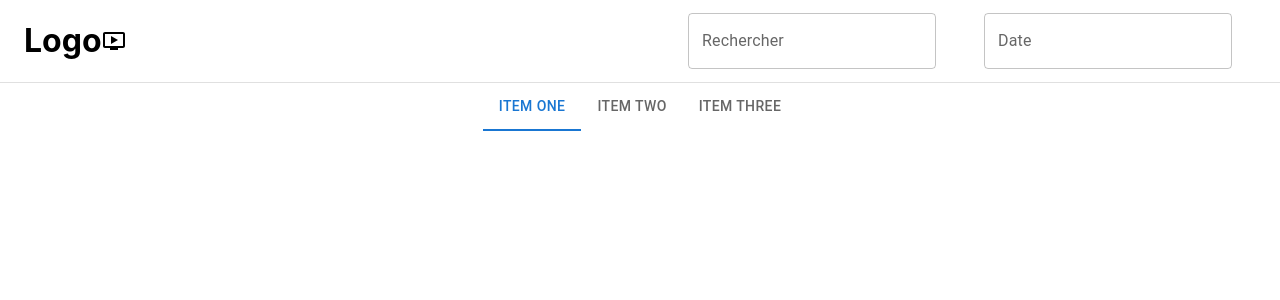
Repository: helmiz02/newproj
Page: /
An editor plug-in stored every save of this project. The page is shown before and after the next save, followed by the edit.
The browser window is 1280 px wide. The pictures show the whole page.
The project was rebuilt for these pictures with package versions that can differ from the ones it lists, and the page was loaded fresh each time. Also part of the build but not shown: src/App.css.

Above is the page before, as saved 2022-02-21 10:44:00.

After the next save:
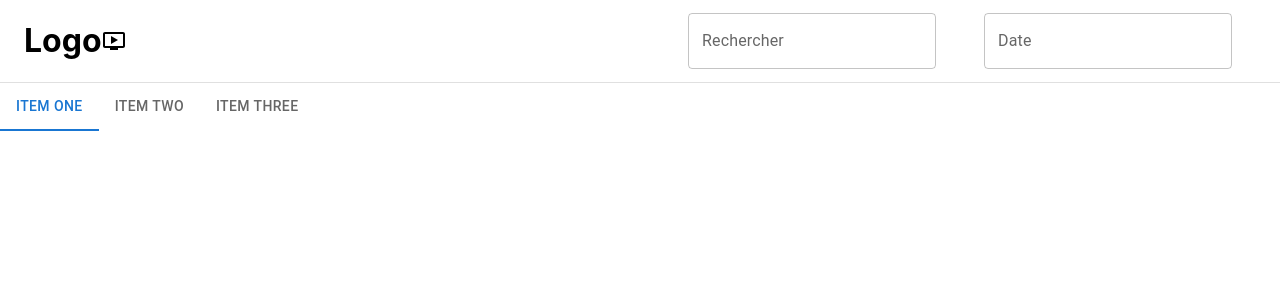
Saved 11 s later.
--- a/src/component/videos/tabsComponent.js
+++ b/src/component/videos/tabsComponent.js
@@ -12,7 +12,7 @@ export default function TabsComponent() {
 
   return (
     <Box sx={{ width: '100%', bgcolor: 'background.paper' }}>
-      <Tabs value={value} onChange={handleChange} centered>
+      <Tabs value={value} onChange={handleChange} >
         <Tab label="Item One" />
         <Tab label="Item Two" />
         <Tab label="Item Three" />
